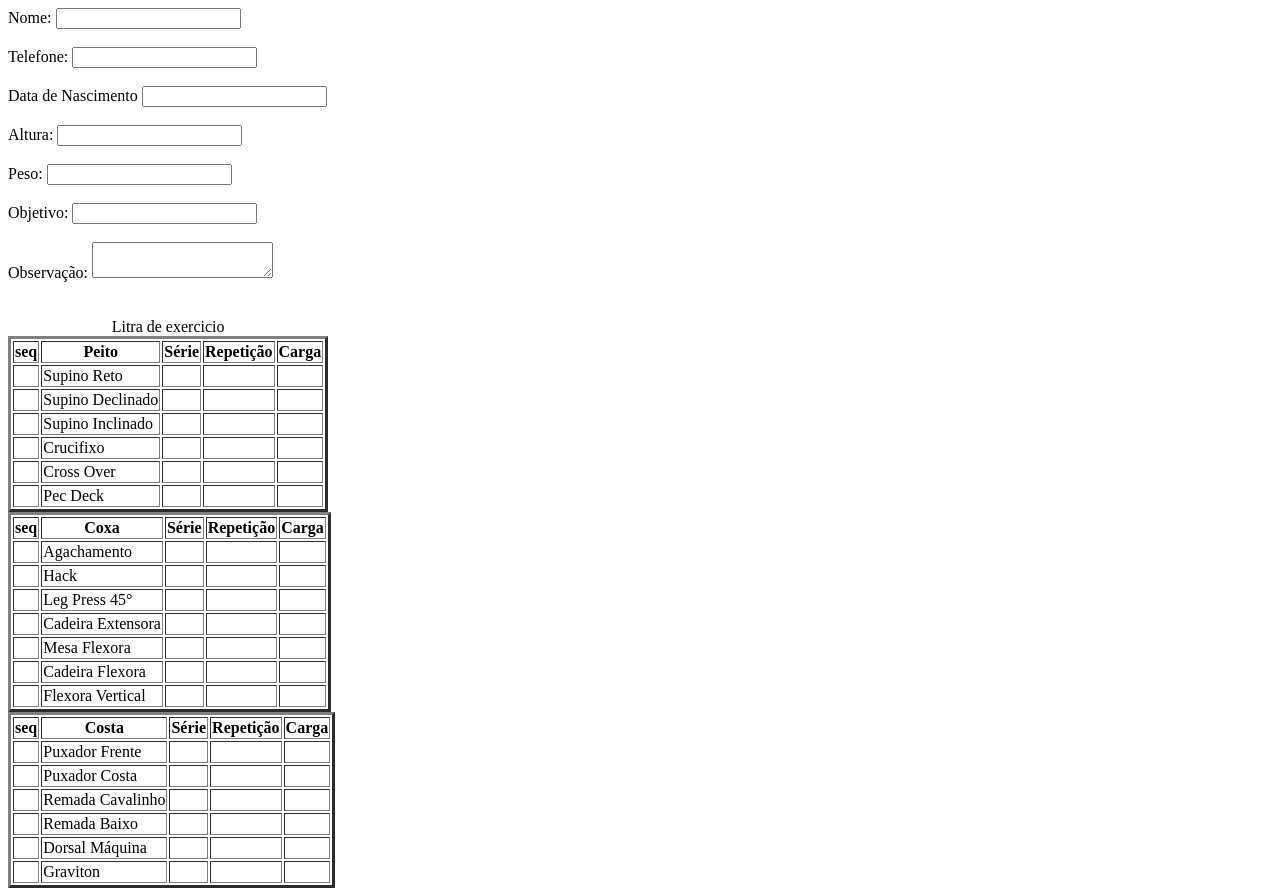
Repository: luisjonson/ProjetoWebAcademia
Page: Projeto_Web/RepositorioWebProject/WebContent/FichaAluno.html
These files come from the project's save history. The page is drawn as it stood at one moment and after the next save; the edit follows.
The browser window is 1280 px wide. The pictures show the part of the page from y = 364 to 1316 px (the page is 1260 px tall before and 1316 px after).
A picture or video elsewhere on the page could not be fetched, so the positions and the page height are approximate.

Above is the page before, as saved 2017-04-05 02:40:22.

### Projeto_Web/RepositorioWebProject/WebContent/FichaAluno.html
<!DOCTYPE html>
<html>
<head>
<meta charset="utf-8">
<title>Insert title here</title>
</head>

<figure>
	<img alt="Smart-Fit"
		src="C:/Users/nano/workspace/Projeto_Web/RepositorioWebProject/WebContent/WEB-INF/Imagem/Smart.png">
</figure>

<body>



	<form action="Cadastro" method="post">



		 <label>N° Aluno:</label><br><br>
		 <label>Nome: <input  name="nome" ></label><br><br>
		 <label>Telefone: <input name="telefone" ></label><br><br>
		 <label>Data de Nascimento <input name="dataDeNascimento"></label><br><br>
		 <label>Altura: <input type="text" name="Altura" required ></label><br><br>
		 <label>Peso: <input name="Peso" ></label><br><br>
		 <label>Objetivo: <input name="objetivo" ></label><br><br>
		 		Observação: <textarea name="obsevação"></textarea>
	</form><br><br>

	<table border="3">

		<caption>Litra de exercicio</caption>

			<tr>
				<th>seq</th>
				<th>Peito</th>
				<th>Série</th>
				<th>Repetição</th>
				<th>Carga</th>
			</tr>


			<tr>
				<td></td>
				<td>Supino Reto</td>
				<td></td>
				<td></td>
				<td></td>
			</tr>

				<tr>
				<td></td>
				<td>Supino Declinado</td>
				<td></td>
				<td></td>
				<td></td>
			</tr>

				<tr>
				<td></td>
				<td>Supino Inclinado</td>
				<td></td>
				<td></td>
				<td></td>
			</tr>

				<tr>
				<td></td>
				<td>Crucifixo</td>
				<td></td>
				<td></td>
				<td></td>
			</tr>

				<tr>
				<td></td>
				<td>Cross Over</td>
				<td></td>
				<td></td>
				<td></td>
			</tr>

				<tr>
				<td></td>
				<td>Pec Deck</td>
				<td></td>
				<td></td>
				<td></td>
			</tr>

	</table>

	<table  border="3">

	    	<tr>
				<th>seq</th>
				<th>Coxa</th>
				<th>Série</th>
				<th>Repetição</th>
				<th>Carga</th>
			</tr>

			<tr>
				<td></td>
				<td>Agachamento</td>
				<td></td>
				<td></td>
				<td></td>
			</tr>

			<tr>
				<td></td>
				<td>Hack</td>
				<td></td>
				<td></td>
				<td></td>
			</tr>

			<tr>
				<td></td>
				<td>Leg Press 45°</td>
				<td></td>
				<td></td>
				<td></td>
			</tr>

			<tr>
				<td></td>
				<td>Cadeira Extensora</td>
				<td></td>
				<td></td>
				<td></td>
			</tr>

			<tr>
				<td></td>
				<td>Mesa Flexora</td>
				<td></td>
				<td></td>
				<td></td>
			</tr>

			<tr>
				<td></td>
				<td>Cadeira Flexora</td>
				<td></td>
				<td></td>
				<td></td>
			</tr>

			<tr>
				<td></td>
				<td>Flexora Vertical</td>
				<td></td>
				<td></td>
				<td></td>
			</tr>
		<table  border="3">
			<tr>
				<th>seq</th>
				<th>Costa</th>
				<th>Série</th>
				<th>Repetição</th>
				<th>Carga</th>
			</tr>

			<tr>
				<td></td>
				<td>Puxador Frente</td>
				<td></td>
				<td></td>
				<td></td>
			</tr>

			<tr>
				<td></td>
				<td>Puxador Costa</td>
				<td></td>
				<td></td>
				<td></td>
			</tr>

			<tr>
				<td></td>
				<td>Remada Cavalinho</td>
				<td></td>
				<td></td>
				<td></td>
			</tr>

			<tr>
				<td></td>
				<td>Remada Baixo</td>
				<td></td>
				<td></td>
				<td></td>
			</tr>

			<tr>
				<td></td>
				<td>Dorsal Máquina</td>
				<td></td>
				<td></td>
				<td></td>
			</tr>

			<tr>
				<td></td>
				<td>Graviton</td>
				<td></td>
				<td></td>
				<td></td>
			</tr>
		</table>
	</table>
</body>
</html>

After the next save:
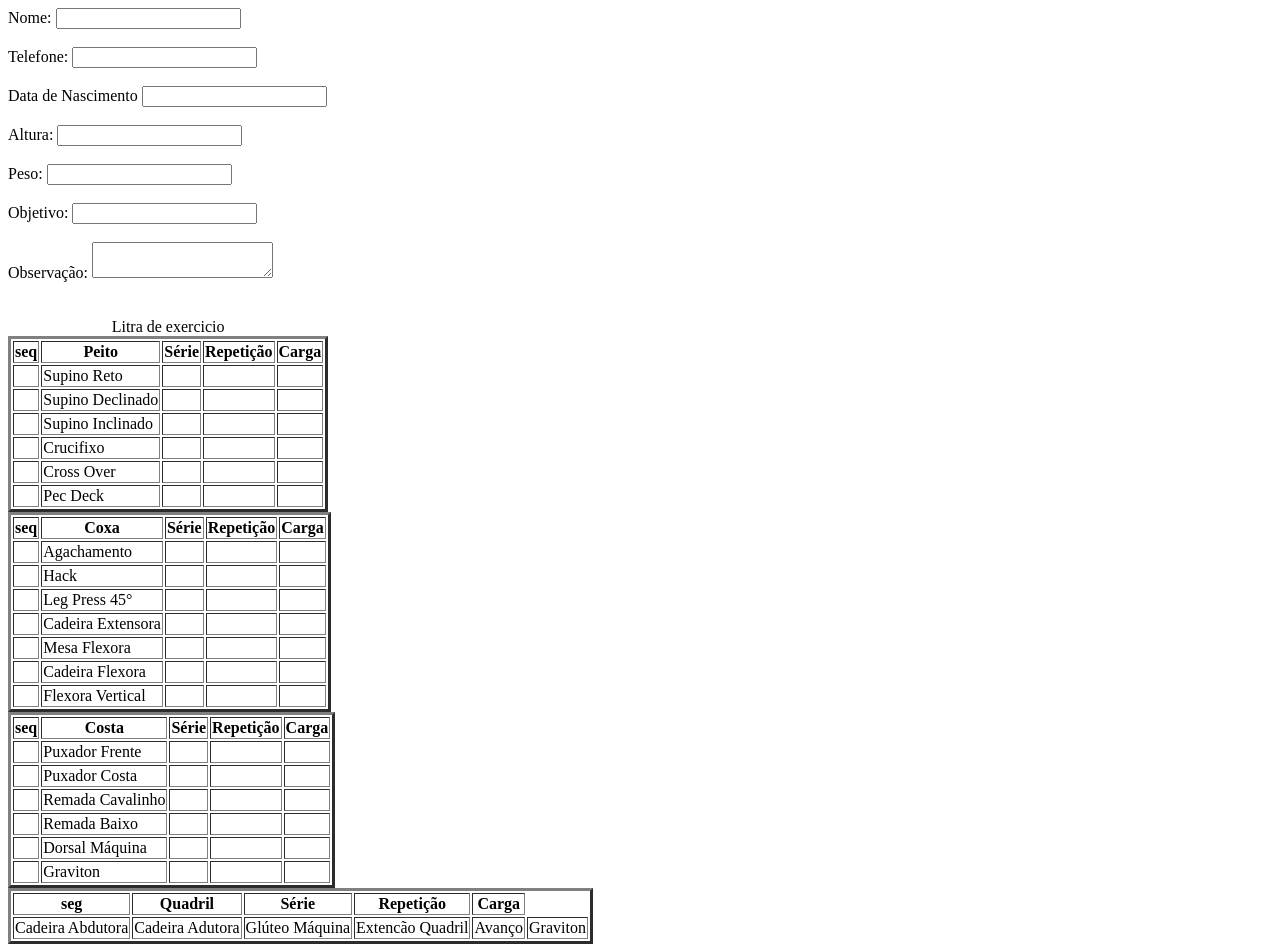
Saved 9 min 17 s later.
--- a/Projeto_Web/RepositorioWebProject/WebContent/FichaAluno.html
+++ b/Projeto_Web/RepositorioWebProject/WebContent/FichaAluno.html
@@ -156,7 +156,8 @@
 				<td></td>
 				<td></td>
 			</tr>
-		<table  border="3">
+
+	<table  border="3">
 			<tr>
 				<th>seq</th>
 				<th>Costa</th>
@@ -214,5 +215,26 @@
 			</tr>
 		</table>
 	</table>
+
+	<table border="3">
+
+		<tr>
+			<th>seg</th>
+			<th>Quadril</th>
+			<th>Série</th>
+			<th>Repetição</th>
+			<th>Carga</th>
+		</tr>
+
+		<tr>
+			<td>Cadeira Abdutora</td>
+			<td>Cadeira Adutora</td>
+			<td>Glúteo Máquina</td>
+			<td>Extencão Quadril</td>
+			<td>Avanço</td>
+			<td>Graviton</td>
+		</tr>
+	</table>
+
 </body>
 </html>
